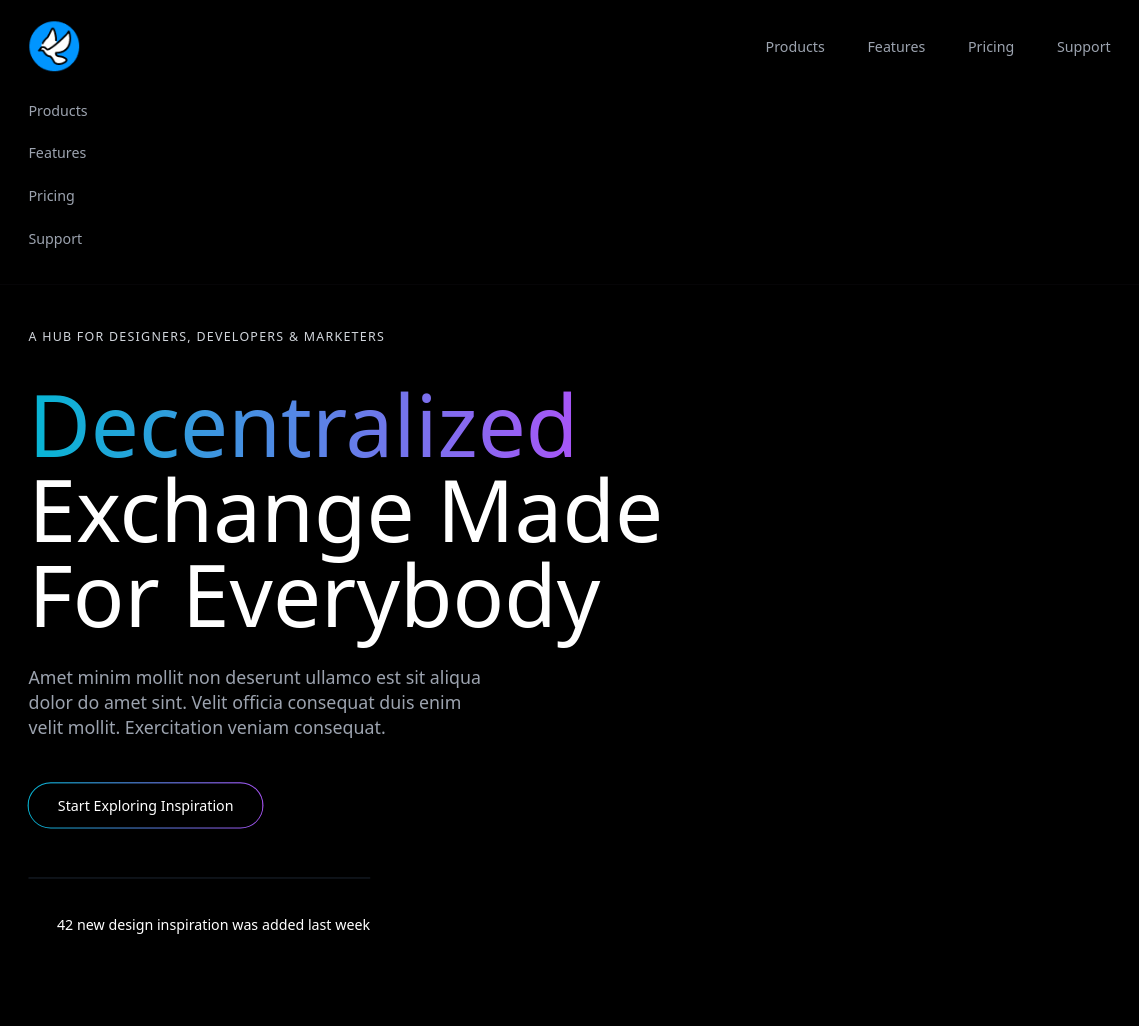
Repository: Ahmed-Gelle/defi-app
Page: / (app in client/)
An editor plug-in stored every save of this project. The page is shown before and after the next save, followed by the edit.
The browser window is 1280 px wide. The pictures show the whole page, at 89% of full size.
The project was rebuilt for these pictures with package versions that can differ from the ones it lists, and the page was loaded fresh each time. The framework's server and built-in components were replaced by stand-ins that run in the browser. Also part of the build but not shown: client/next.config.js.

Above is the page before, as saved 2022-11-29 13:33:27.

### client/pages/index.tsx
import type { NextPage } from 'next'
import Header from '../components/Header'
import Hero from '../components/Hero'

const styles ={
  wrapper: 'h-screen max-h-screen h-min-screen w-screen bg-[#2D242F] text-white select-none flex flex-col justify-between'
}
const Home: NextPage = () => {
  return (
    <div className={styles.wrapper}>
      {/* <Header/> */}
      <Hero/>
    </div>
  )
}

export default Home

### client/components/Hero/index.tsx
import React from 'react';
import {BsArrowRightCircle} from 'react-icons/bs'
import logo from '../../assets/logo.png'
import Image from 'next/image'

export default function Hero() {
    return (
<div>
    <header class="py-4 bg-black sm:py-6" x-data="{expanded: false}">
        <div class="px-4 mx-auto max-w-7xl sm:px-6 lg:px-8">
            <div class="flex items-center justify-between">
                <div class="shrink-0">
                    <a href="#" title="" class="flex">
                        <Image src={logo}/>
                    </a>
                </div>

                <div class="flex md:hidden">
                    <button type="button" class="text-white">
                        <span x-show="!expanded" aria-hidden="true">
                            <svg class="w-7 h-7" xmlns="http://www.w3.org/2000/svg" fill="none" viewBox="0 0 24 24" stroke="currentColor">
                                <path stroke-linecap="round" stroke-linejoin="round" stroke-width="1.5" d="M4 6h16M4 12h16M4 18h16" />
                            </svg>
                        </span>

                        <span x-show="expanded" aria-hidden="true">
                            <svg class="w-7 h-7" xmlns="http://www.w3.org/2000/svg" fill="none" viewBox="0 0 24 24" stroke="currentColor">
                                <path stroke-linecap="round" stroke-linejoin="round" stroke-width="2" d="M6 18L18 6M6 6l12 12" />
                            </svg>
                        </span>
                    </button>
                </div>

                <nav class="hidden md:flex md:items-center md:justify-end md:space-x-12">
                    <a href="#" title="" class="text-base font-normal text-gray-400 transition-all duration-200 hover:text-white"> Products </a>

                    <a href="#" title="" class="text-base font-normal text-gray-400 transition-all duration-200 hover:text-white"> Features </a>

                    <a href="#" title="" class="text-base font-normal text-gray-400 transition-all duration-200 hover:text-white"> Pricing </a>

                    <a href="#" title="" class="text-base font-normal text-gray-400 transition-all duration-200 hover:text-white"> Support </a>
                </nav>
            </div>

            <nav x-show="expanded" x-collapse>
                <div class="flex flex-col pt-8 pb-4 space-y-6">
                    <a href="#" title="" class="text-base font-normal text-gray-400 transition-all duration-200 hover:text-white"> Products </a>

                    <a href="#" title="" class="text-base font-normal text-gray-400 transition-all duration-200 hover:text-white"> Features </a>

                    <a href="#" title="" class="text-base font-normal text-gray-400 transition-all duration-200 hover:text-white"> Pricing </a>

                    <a href="#" title="" class="text-base font-normal text-gray-400 transition-all duration-200 hover:text-white"> Support </a>
                </div>
            </nav>
        </div>
    </header>

    <section class="py-12 bg-black sm:pb-16 lg:pb-20 xl:pb-24">
        <div class="px-4 mx-auto sm:px-6 lg:px-8 max-w-7xl">
            <div class="relative">
                <div class="lg:w-2/3">
                    <p class="text-sm font-normal tracking-widest text-gray-300 uppercase">A Hub for Designers, Developers & Marketers</p>
                    <h1 class="mt-6 text-4xl font-normal text-white sm:mt-10 sm:text-5xl lg:text-6xl xl:text-8xl"><span class="text-transparent bg-clip-text bg-gradient-to-r from-cyan-500 to-purple-500">Decentralized</span> Exchange Made For Everybody
</h1>
                    <p class="max-w-lg mt-4 text-xl font-normal text-gray-400 sm:mt-8">Amet minim mollit non deserunt ullamco est sit aliqua dolor do amet sint. Velit officia consequat duis enim velit mollit. Exercitation veniam consequat.</p>
                    <div class="relative inline-flex items-center justify-center mt-8 sm:mt-12 group">
                        <div class="absolute transition-all duration-200 rounded-full -inset-px bg-gradient-to-r from-cyan-500 to-purple-500 group-hover:shadow-lg group-hover:shadow-cyan-500/50"></div>
                        <a href="#" title="" class="relative inline-flex items-center justify-center px-8 py-3 text-base font-normal text-white bg-black border border-transparent rounded-full" role="button"> Start Exploring Inspiration </a>
                    </div>

                    <div>
                        <div class="inline-flex items-center pt-6 mt-8 border-t border-gray-800 sm:pt-10 sm:mt-14">
                            <svg class="w-6 h-6" viewBox="0 0 24 24" fill="none" stroke-width="1.5" xmlns="http://www.w3.org/2000/svg">
                                <path d="M13 7.00003H21M21 7.00003V15M21 7.00003L13 15L9 11L3 17" stroke="url(#a)" stroke-linecap="round" stroke-linejoin="round" />

                            </svg>

                            <span class="ml-2 text-base font-normal text-white"> 42 new design inspiration was added last week </span>
                        </div>
                    </div>
                </div>

                <div class="mt-8 md:absolute md:mt-0 md:top-32 lg:top-0 md:right-0">
                    <img class="w-full max-w-xs mx-auto lg:max-w-lg xl:max-w-xl" src="" alt="" />
                </div>
            </div>
        </div>
    </section>
</div>
    )
}

Loaded but not shown: client/pages/_app.tsx (common file); client/styles/globals.css (common file); client/tailwind.config.js (common file)

After the next save:
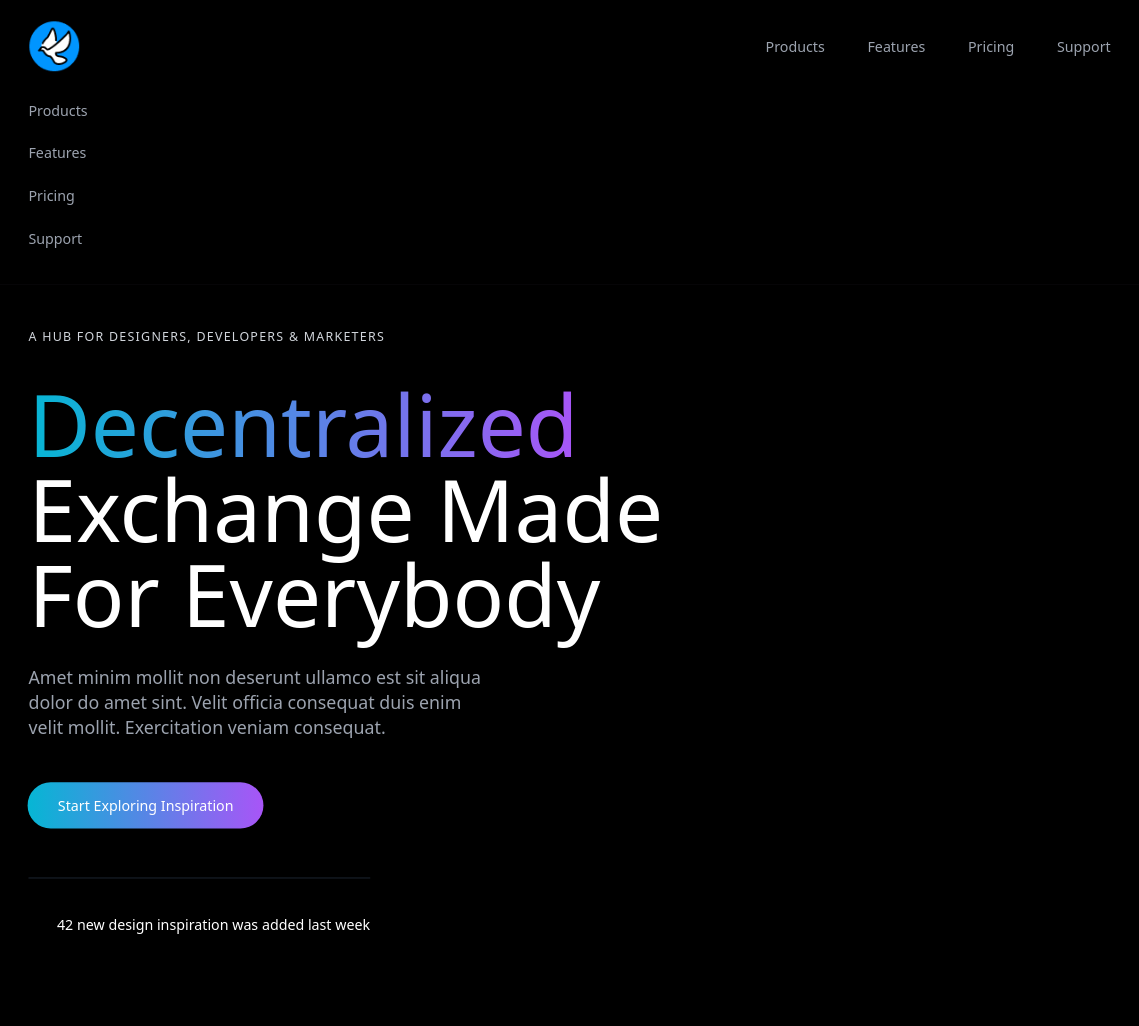
Saved 55 s later.
--- a/client/components/Hero/index.tsx
+++ b/client/components/Hero/index.tsx
@@ -66,7 +66,7 @@
                     <p class="max-w-lg mt-4 text-xl font-normal text-gray-400 sm:mt-8">Amet minim mollit non deserunt ullamco est sit aliqua dolor do amet sint. Velit officia consequat duis enim velit mollit. Exercitation veniam consequat.</p>
                     <div class="relative inline-flex items-center justify-center mt-8 sm:mt-12 group">
                         <div class="absolute transition-all duration-200 rounded-full -inset-px bg-gradient-to-r from-cyan-500 to-purple-500 group-hover:shadow-lg group-hover:shadow-cyan-500/50"></div>
-                        <a href="#" title="" class="relative inline-flex items-center justify-center px-8 py-3 text-base font-normal text-white bg-black border border-transparent rounded-full" role="button"> Start Exploring Inspiration </a>
+                        <a href="#" title="" class="relative inline-flex items-center justify-center px-8 py-3 text-base font-normal text-white bg-blue border border-transparent rounded-full" role="button"> Start Exploring Inspiration </a>
                     </div>
 
                     <div>
